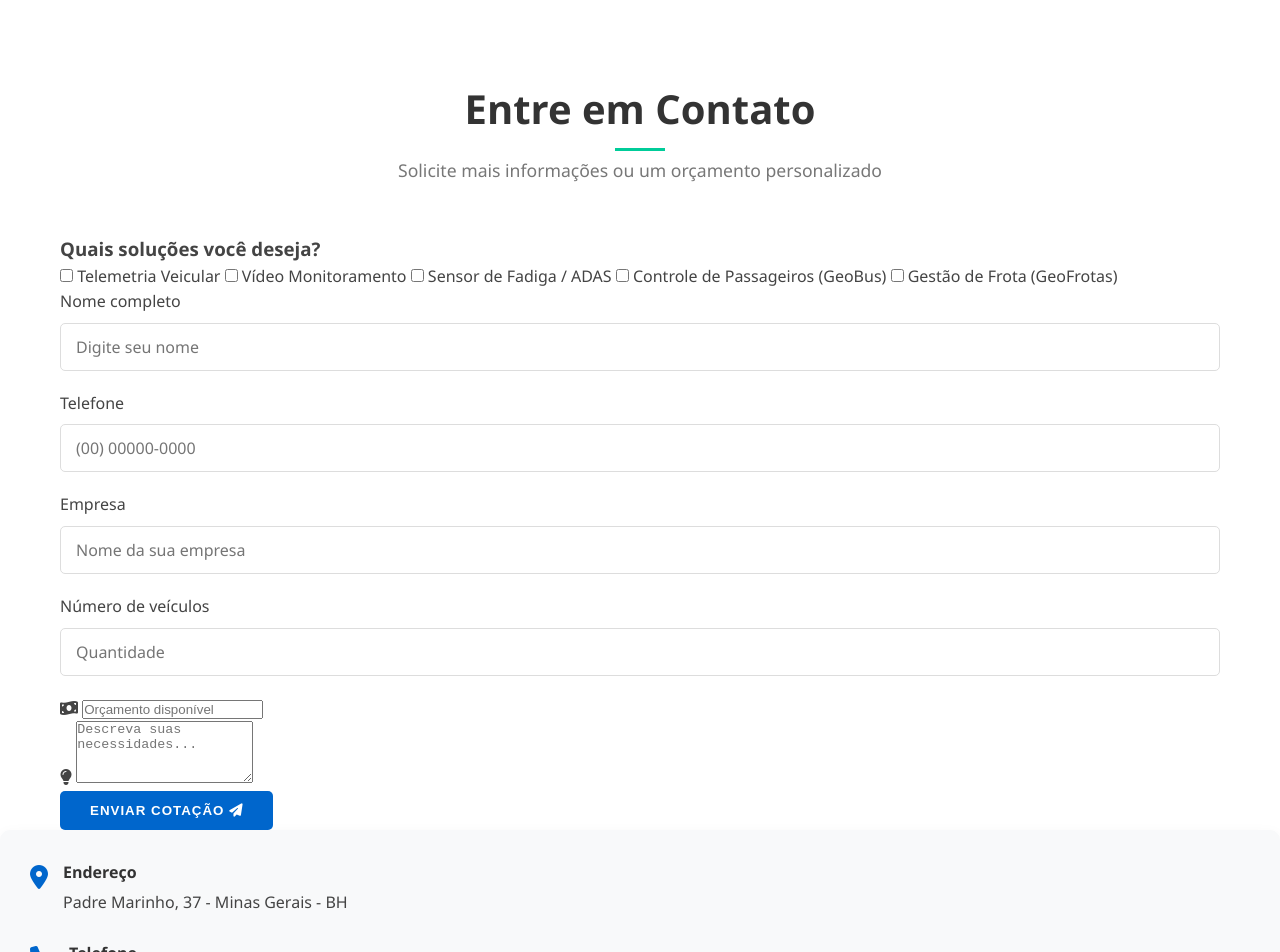
Repository: rocha1579/geomx
Page: telemetria.html
An editor plug-in stored every save of this project. The page is shown before and after the next save, followed by the edit.
The browser window is 1280 px wide. The pictures show the part of the page from y = 2317 to 3269 px (the page is 4469 px tall).
Backgrounds fixed to the window are drawn as part of the page.

Above is the page before, as saved 2025-05-05 11:38:11.
Not found: menu-fix.js

### telemetria.html
<!DOCTYPE html>
<html lang="pt-br">
<head>
    <meta charset="UTF-8">
    <meta name="viewport" content="width=device-width, initial-scale=1.0">
    <title>Telemetria Veicular - GeoMX</title>
    <link rel="stylesheet" href="styles-dark-mode.css">
    <script src="dark-mode.js" defer></script>
    <link rel="stylesheet" href="styles.css">
    <link rel="stylesheet" href="https://cdnjs.cloudflare.com/ajax/libs/font-awesome/6.4.0/css/all.min.css">
    <!-- Adicionando os novos arquivos para responsividade -->
    <link rel="stylesheet" href="responsive.css">
    <script src="menu-fix.js" defer></script>
</head>
<body>
    <header>
        <div class="container">
            <div class="logo">
                <img src="images/logo geomx.png" alt="GeoMX Logo">
            </div>
            <nav>
                <div class="menu-toggle">
                    <i class="fas fa-bars"></i>
                </div>
                <ul class="menu">
                    <li><a href="index.html#inicio"><i class="fas fa-home fa-fw"></i></a></li>
                    <li><a href="index.html#sobre">Sobre</a></li>
                    <li><a href="index.html#servicos">Serviços</a></li>
                    <li><a href="index.html#solucoes">Soluções</a></li>
                    <li><a href="telemetria.html">Telemetria</a></li>
                    <li><a href="index.html#clientes"><i class="fas fa-users fa-fw"></i> Clientes</a></li>
                    <li><a href="https://sis.segminas.com.br/?Login" target="_blank" class="btn-acesso"><i class="fas fa-sign-in-alt fa-fw"></i> Acesso</a></li>
                    <li><a href="index.html#contato" class="btn-contato"><i class="fas fa-envelope fa-fw"></i> Contato</a></li>
                </ul>
            </nav>
        </div>
    </header>

    <section class="hero-telemetria">
        <div class="container">
            <h1>Telemetria Veicular Completa</h1>
            <p class="lead">Solução personalizada de gestão de frotas que coleta informações remotamente</p>
            <a href="#contato" class="btn-primary">Solicite uma Cotação</a>
        </div>
    </section>

    <section class="telemetria-section">
        <div class="container">
            <div class="section-header">
<div class="carrossel-telemetria">
    <div class="section-header">
        <h2>Nossa Tecnologia em Ação</h2>
        <p>Veja como nossa solção transforma a gestão de frotas</p>
    </div>

    <div class="carrossel-container">
        <div class="carrossel-slides">
            <div class="carrossel-slide active">
                <img src="images/Captura de tela 2025-04-25 155914.png" alt="Painel de Controle Telemetria">
                <div class="carrossel-caption">
                    <h3>Painel de Controle Completo</h3>
                    <p>Acompanhe todos os dados da sua frota em tempo real</p>
                </div>
            </div>
            <div class="carrossel-slide">
                <img src="images/relatorio.png" alt="Relatórios Detalhados">
                <div class="carrossel-caption">
                    <h3>Relatórios Detalhados</h3>
                    <p>Gere relatórios personalizados para análise de desempenho</p>
                </div>
            </div>
        </div>

        <div class="carrossel-nav">
            <button class="carrossel-prev"><i class="fas fa-chevron-left"></i></button>
            <button class="carrossel-next"><i class="fas fa-chevron-right"></i></button>
        </div>

        <div class="carrossel-indicators">
            <span class="carrossel-indicator active"></span>
            <span class="carrossel-indicator"></span>
        </div>
    </div>
</div>

<style>
    /* Estilos do carrossel */
    .carrossel-telemetria {
        padding: 60px 0;
        background-color: white;
    }

    .carrossel-container {
        max-width: 1000px;
        margin: 40px auto 0;
        position: relative;
        overflow: hidden;
        border-radius: 8px;
        box-shadow: 0 10px 30px rgba(0,0,0,0.1);
    }

    .carrossel-slides {
        display: flex;
        transition: transform 0.5s ease;
    }

    .carrossel-slide {
        min-width: 100%;
        position: relative;
    }

    .carrossel-slide img {
        width: 100%;
        display: block;
        height: 500px;
        object-fit: cover;
    }

    .carrossel-caption {
        position: absolute;
        bottom: 0;
        left: 0;
        right: 0;
        background: rgba(44, 62, 80, 0.9);
        color: white;
        padding: 20px;
        text-align: center;
    }

    .carrossel-caption h3 {
        margin-top: 0;
        color: #fff;
        font-size: 1.5rem;
    }

    .carrossel-nav {
        position: absolute;
        top: 50%;
        width: 100%;
        display: flex;
        justify-content: space-between;
        transform: translateY(-50%);
        padding: 0 15px;
    }

    .carrossel-prev,
    .carrossel-next {
        background: rgba(255, 255, 255, 0.7);
        border: none;
        border-radius: 50%;
        width: 40px;
        height: 40px;
        cursor: pointer;
        font-size: 20px;
        display: flex;
        align-items: center;
        justify-content: center;
        transition: all 0.3s ease;
        color: var(--dark-color);
    }

    .carrossel-prev:hover,
    .carrossel-next:hover {
        background: white;
        color: var(--primary-color);
    }

    .carrossel-indicators {
        display: flex;
        justify-content: center;
        margin-top: 20px;
    }

    .carrossel-indicator {
        width: 12px;
        height: 12px;
        border-radius: 50%;
        background: #ccc;
        margin: 0 5px;
        cursor: pointer;
        transition: all 0.3s ease;
    }

    .carrossel-indicator.active {
        background: var(--primary-color);
        transform: scale(1.2);
    }

    @media (max-width: 768px) {
        .carrossel-slide img {
            height: 350px;
        }

        .carrossel-caption h3 {
            font-size: 1.2rem;
        }

        .carrossel-caption p {
            font-size: 0.9rem;
        }
    }

    @media (max-width: 576px) {
        .carrossel-slide img {
            height: 250px;
        }
    }
</style>

<script>
    // Script do carrossel
    document.addEventListener('DOMContentLoaded', function() {
        const slides = document.querySelectorAll('.carrossel-slide');
        const indicators = document.querySelectorAll('.carrossel-indicator');
        const prevBtn = document.querySelector('.carrossel-prev');
        const nextBtn = document.querySelector('.carrossel-next');
        const slidesContainer = document.querySelector('.carrossel-slides');
        let currentIndex = 0;
        let interval;

        function updateCarousel() {
            slidesContainer.style.transform = `translateX(-${currentIndex * 100}%)`;

            indicators.forEach((indicator, index) => {
                indicator.classList.toggle('active', index === currentIndex);
            });
        }

        function nextSlide() {
            currentIndex = (currentIndex + 1) % slides.length;
            updateCarousel();
        }

        function prevSlide() {
            currentIndex = (currentIndex - 1 + slides.length) % slides.length;
            updateCarousel();
        }

        nextBtn.addEventListener('click', nextSlide);
        prevBtn.addEventListener('click', prevSlide);

        indicators.forEach((indicator, index) => {
            indicator.addEventListener('click', () => {
                currentIndex = index;
                updateCarousel();
                resetInterval();
            });
        });

        function startInterval() {
            interval = setInterval(nextSlide, 5000);
        }

        function resetInterval() {
            clearInterval(interval);
            startInterval();
        }

        // Pause on hover
        const carrossel = document.querySelector('.carrossel-container');
        carrossel.addEventListener('mouseenter', () => clearInterval(interval));
        carrossel.addEventListener('mouseleave', startInterval);

        // Iniciar o carrossel automático
        startInterval();
    });
</script>
<h2>GeoMine</h2>
<p>A solução GeoMine da Geomx oferece telemetria avançada para mineradoras, com controle total da frota em tempo real.</p>
            </div>

            <div class="telemetria-cards">
                <div class="telemetria-card">
                    <div class="telemetria-icon">
                        <i class="fas fa-map-marker-alt"></i>
                    </div>
                    <h3>Monitoramento Contínuo</h3>
                    <p>Detecção precoce de falhas mecânicas para redução de custos com manutenção.</p>
                </div>

                <div class="telemetria-card">
                    <div class="telemetria-icon">
                        <i class="fas fa-chart-bar"></i>
                    </div>
                    <h3>Relatórios de Produtividade</h3>
                    <p>Controle de tempo ocioso, consumo de combustível e otimização operacional.</p>
                </div>

                <div class="telemetria-card">
                    <div class="telemetria-icon">
                        <i class="fas fa-exclamation-triangle"></i>
                    </div>
                    <h3>Alertas Inteligentes</h3>
                    <p>Notificações automáticas de fadiga, excesso de velocidade e mau uso dos equipamentos.</p>
                </div>

                <div class="telemetria-card">
                    <div class="telemetria-icon">
                        <i class="fas fa-tachometer-alt"></i>
                    </div>
                    <h3>Gestão Centralizada</h3>
                    <p>Decisões rápidas baseadas em dados confiáveis e integrados.</p>
                </div>

                <div class="telemetria-card">
                    <div class="telemetria-icon">
                        <i class="fas fa-microchip"></i>
                    </div>
                    <h3>Tecnologia Robusta</h3>
                    <p>Integração com sensores CAN e conectividade para ambientes severos.</p>
                </div>

                <div class="telemetria-card">
                    <div class="telemetria-icon">
                        <i class="fas fa-shield-alt"></i>
                    </div>
                    <h3>Segurança Operacional</h3>
                    <p>Soluções específicas para promover mais segurança nas operações mineiras.</p>
                </div>
            </div>
        </div>
    </section>
    <section id="contato" class="contato">
        <div class="container">
            <div class="section-header">
                <h2>Entre em Contato</h2>
                <p>Solicite mais informações ou um orçamento personalizado</p>
            </div>

            <form action="https://formsubmit.co/gabrielalvessr@gmail.com" method="POST">
                <!-- Configurações ocultas -->
                <input type="hidden" name="_captcha" value="false">
                <input type="hidden" name="_next" value="https://geomx.com.br/obrigado.html">
                <input type="hidden" name="_template" value="table">
                <input type="hidden" name="_subject" value="Solicitação de Cotação - Site GeoMX">

                <!-- Programas de Interesse -->
                <div class="form-container">
                    <h3>Quais soluções você deseja?</h3>
                    <div class="checkbox-group">
                        <label class="checkbox-container">
                            <input type="checkbox" name="solucoes" value="Telemetria Veicular">
                            <span class="checkmark"></span>
                            Telemetria Veicular
                        </label>
                        <label class="checkbox-container">
                            <input type="checkbox" name="solucoes" value="Vídeo Monitoramento">
                            <span class="checkmark"></span>
                            Vídeo Monitoramento
                        </label>
                        <label class="checkbox-container">
                            <input type="checkbox" name="solucoes" value="Sensor de Fadiga / ADAS">
                            <span class="checkmark"></span>
                            Sensor de Fadiga / ADAS
                        </label>
                        <label class="checkbox-container">
                            <input type="checkbox" name="solucoes" value="Controle de Passageiros (GeoBus)">
                            <span class="checkmark"></span>
                            Controle de Passageiros (GeoBus)
                        </label>
                        <label class="checkbox-container">
                            <input type="checkbox" name="solucoes" value="Gestão de Frota (GeoFrotas)">
                            <span class="checkmark"></span>
                            Gestão de Frota (GeoFrotas)
                        </label>
                    </div>

                    <div class="form-row">
                        <div class="form-group">
                            <label for="nome">Nome completo</label>
                            <input type="text" id="nome" name="nome" placeholder="Digite seu nome">
                        </div>
                        <div class="form-group">
                            <label for="telefone">Telefone</label>
                            <input type="tel" id="telefone" name="telefone" placeholder="(00) 00000-0000">
                        </div>
                    </div>

                    <div class="form-row">
                        <div class="form-group">
                            <label for="empresa">Empresa</label>
                            <input type="text" id="empresa" name="empresa" placeholder="Nome da sua empresa">
                        </div>
                        <div class="form-group">
                            <label for="veiculos">Número de veículos</label>
                            <input type="number" id="veiculos" name="veiculos" placeholder="Quantidade">
                        </div>
                    </div>
                </div>

                <!-- Orçamento -->
                <div class="input-group">
                    <i class="fas fa-money-bill-wave"></i>
                    <input type="text" name="investimento" placeholder="Orçamento disponível">
                </div>

                <!-- Detalhes -->
                <div class="input-group">
                    <i class="fas fa-lightbulb"></i>
                    <textarea name="detalhes" rows="4" placeholder="Descreva suas necessidades..."></textarea>
                </div>

                <!-- Botão -->
                <button type="submit" class="btn-primary">
                    <span>Enviar Cotação</span>
                    <i class="fas fa-paper-plane"></i>
                </button>
            </form>

            </div>
          </div>
                <div class="contato-info">
                    <div class="info-item">
                        <i class="fas fa-map-marker-alt"></i>
                        <div>
                            <h4>Endereço</h4>
                            <p>Padre Marinho, 37 - Minas Gerais - BH</p>
                        </div>
                    </div>
                    <div class="info-item">
                        <i class="fas fa-phone"></i>
                        <div>
                            <h4>Telefone</h4>
                            <p>0800 580 2866<br>(31) 9 9739-6385</p>
                        </div>
                    </div>
                    <div class="info-item">
                        <i class="fas fa-envelope"></i>
                        <div>
                            <h4>E-mail</h4>
                            <p>comercial@geomx.com.br</p>
                        </div>
                    </div>
                    <div class="social-media">
                        <a href="https://www.facebook.com/geomxbrasil" class="social-icon" target="_blank"><i class="fab fa-facebook-f"></i></a>
                        <a href="https://www.linkedin.com/company/geomx" class="social-icon" target="_blank"><i class="fab fa-linkedin-in"></i></a>
                        <a href="https://www.instagram.com/geomx_brasil/" class="social-icon" target="_blank"><i class="fab fa-instagram"></i></a>
                        <a href="https://www.youtube.com/channel/UC2VQmLmBy8NQ2N8LnCI59Cg" class="social-icon" target="_blank"><i class="fab fa-youtube"></i></a>
                    </div>
                </div>
            </div>
        </div>
    </section>

    <iframe
        src="https://www.google.com/maps/embed?pb=!1m18!1m12!1m3!1d3750.955249439259!2d-43.92309932514979!3d-19.926290538192287!2m3!1f0!2f0!3f0!3m2!1i1024!2i768!4f13.1!3m3!1m2!1s0xa699cd28e77955%3A0xd93406e577a22ba!2sR.%20Padre%20Marinho%2C%2037%20-%20Santa%20Efig%C3%AAnia%2C%20Belo%20Horizonte%20-%20MG%2C%2030140-040!5e0!3m2!1spt-BR!2sbr!4v1745327561781!5m2!1spt-BR!2sbr"
        width="100%"
        height="400"
        style="border:0; border-radius: 12px;"
        allowfullscreen=""
        loading="lazy"
        referrerpolicy="no-referrer-when-downgrade">
    </iframe>

    <footer>
        <div class="container">
            <div class="footer-content">
                <div class="footer-logo">
                    <img src="images/logo geomx.png" alt="GeoMX Logo">
                    <p>Transformando dados geográficos em soluções estratégicas</p>
                </div>
                <div class="footer-links">
                    <div class="footer-column">
                        <h4>Empresa</h4>
                        <ul>
                            <li><a href="index.html#sobre">Sobre Nós</a></li>
                            <li><a href="index.html#clientes">Clientes</a></li>
                            <li><a href="#">Carreiras</a></li>
                            <li><a href="#">Blog</a></li>
                        </ul>
                    </div>
                    <div class="footer-column">
                        <h4>Serviços</h4>
                        <ul>
                            <li><a href="telemetria.html">Telemetria Veicular</a></li>
                            <li><a href="rede-can.html">Rede CAN</a></li>
                            <li><a href="sensor-fadiga.html">Sensor de Fadiga</a></li>
                            <li><a href="video-veicular.html">Vídeo Veicular</a></li>
                        </ul>
                    </div>
                    <div class="footer-column">
                        <h4>Suporte</h4>
                        <ul>
                            <li><a href="index.html#contato">Contato</a></li>
                            <li><a href="#">FAQ</a></li>
                            <li><a href="#">Documentação</a></li>
                            <li><a href="#">Política de Privacidade</a></li>
                        </ul>
                    </div>
                </div>
            </div>

            <div class="footer-images">
                <img src="images/apple.png" alt="Disponível na App Store" class="footer-img">
                <img src="images/google play.png" alt="Disponível no Google Play" class="footer-img">
            </div>
            <style>
                .footer-images {
                text-align: left; /* Alinha conteúdo à esquerda */
                margin: 20px 0;
            }

            .footer-img {
                max-width: 120px; /* Diminui o tamanho */
                width: 100%;
                height: auto;
                display: block;
                margin-bottom: 10px; /* Espaço entre as imagens */
            }

            </style>
            <div class="footer-bottom">
                <p>&copy; 2023 GeoMX. Todos os direitos reservados.</p>
            </div>
        </div>
    </footer>

    <div id="cookie-banner" class="cookie-banner">
        <p>Utilizamos cookies para melhorar sua experiência em nosso site. Ao continuar navegando, você concorda com nossa <a href="#">Política de Privacidade</a>.</p>
        <button id="cookie-accept">Aceitar</button>
    </div>

    <a href="https://wa.me/31997396385" class="whatsapp-button" target="_blank">
        <i class="fab fa-whatsapp"></i>
    </a>

    <script src="script.js"></script>
</body>
</html>

Loaded but not shown: script.js (209 lines, source omitted); styles.css (1999 lines, source omitted); responsive.css (346 lines, source omitted); styles-dark-mode.css (no stored copy; drawn as an empty file); dark-mode.js (no stored copy; drawn as an empty file)

After the next save:
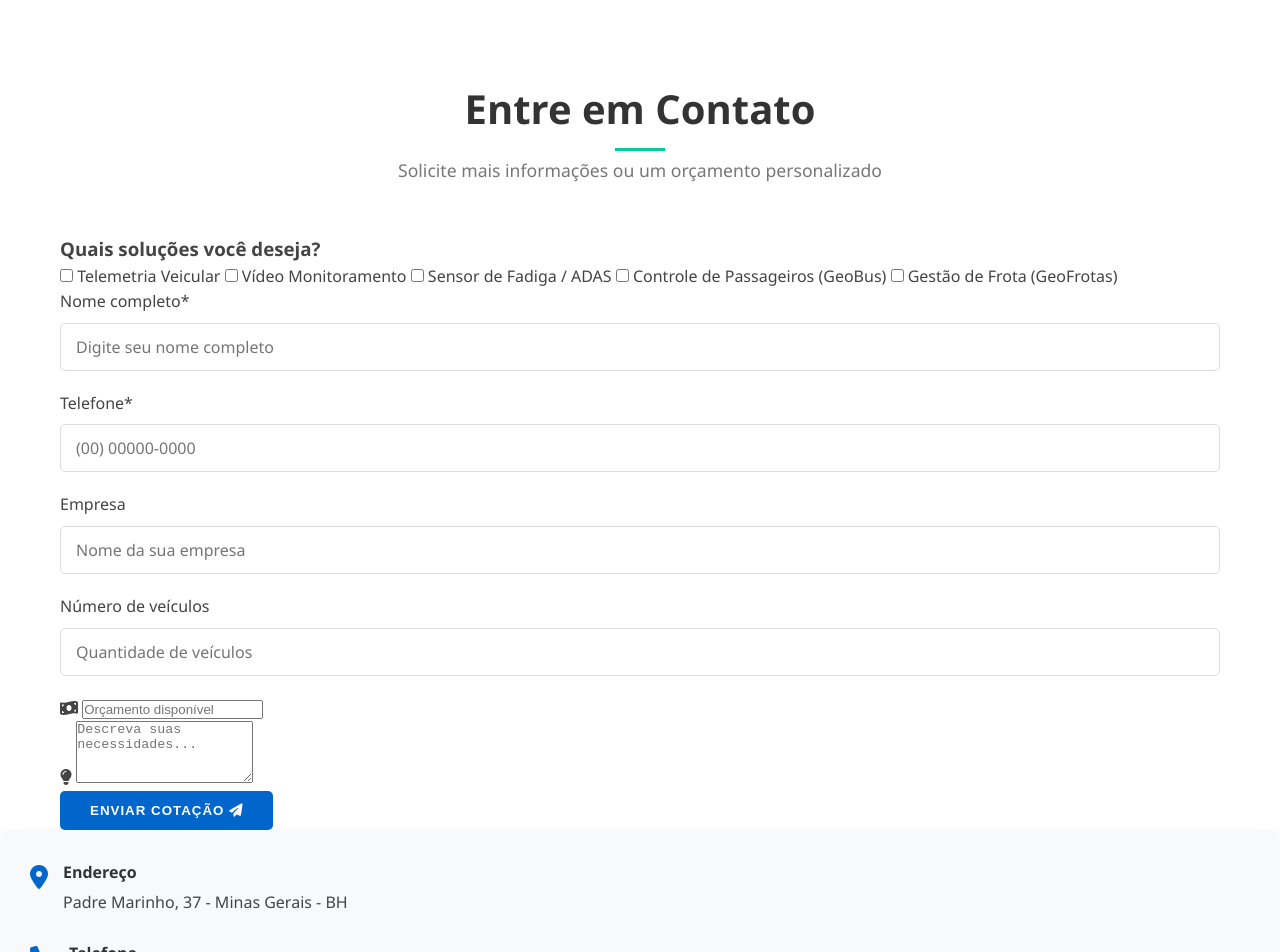
Saved 88 s later.
--- a/telemetria.html
+++ b/telemetria.html
@@ -365,25 +365,25 @@
                         </label>
                     </div>
 
-                    <div class="form-row">
+                    <div class="form-fields">
                         <div class="form-group">
-                            <label for="nome">Nome completo</label>
-                            <input type="text" id="nome" name="nome" placeholder="Digite seu nome">
-                        </div>
+                            <label for="nome">Nome completo*</label>
+                            <input type="text" id="nome" name="nome" required placeholder="Digite seu nome completo">
+                        </div>
+
                         <div class="form-group">
-                            <label for="telefone">Telefone</label>
-                            <input type="tel" id="telefone" name="telefone" placeholder="(00) 00000-0000">
-                        </div>
-                    </div>
-
-                    <div class="form-row">
+                            <label for="telefone">Telefone*</label>
+                            <input type="tel" id="telefone" name="telefone" required placeholder="(00) 00000-0000">
+                        </div>
+
                         <div class="form-group">
                             <label for="empresa">Empresa</label>
                             <input type="text" id="empresa" name="empresa" placeholder="Nome da sua empresa">
                         </div>
+
                         <div class="form-group">
                             <label for="veiculos">Número de veículos</label>
-                            <input type="number" id="veiculos" name="veiculos" placeholder="Quantidade">
+                            <input type="number" id="veiculos" name="veiculos" placeholder="Quantidade de veículos">
                         </div>
                     </div>
                 </div>
